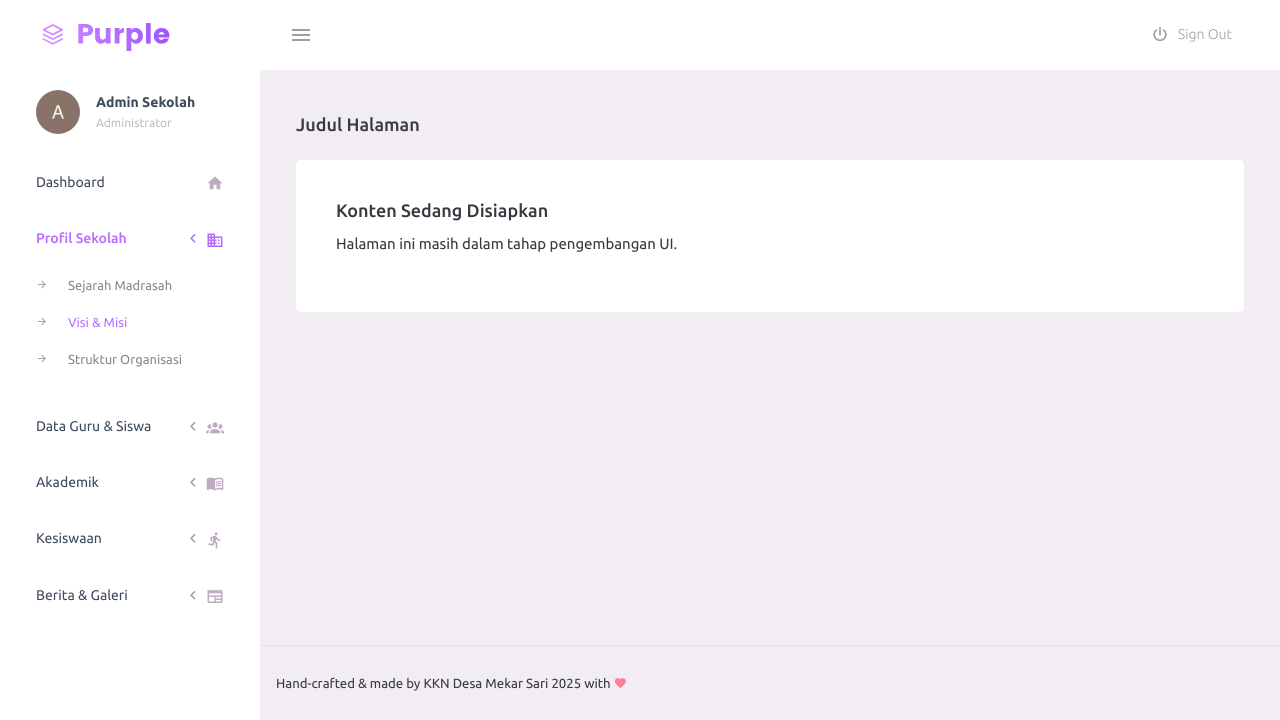
Repository: MKennyChaniago/sekolah-mi-nurul-iman
Page: http://localhost/admin/visi-misi
These files come from the project's save history. The page is drawn as it stood at one moment and after the next save; the edit follows.
The browser window is 1280 px wide. The pictures show the whole page.
The page is served by the project's Laravel application, run on PHP 8.4 with Laravel 12. A made-up administrator, Test User (test@example.com), is signed in.

Above is the page before, as saved 2025-12-07 09:25:13.
Console error: TypeError: Cannot read properties of null (reading 'classList')

After the next save:
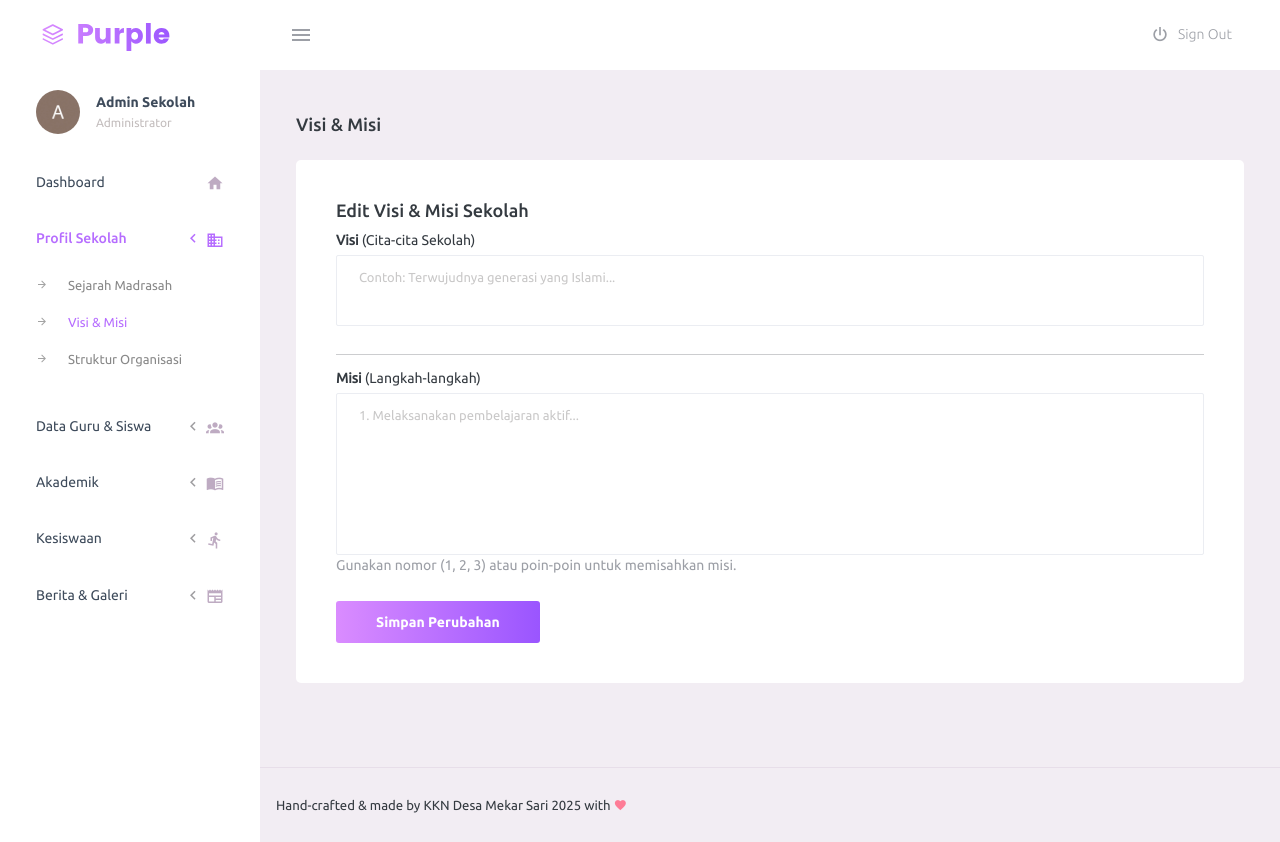
Saved 11 s later.
--- a/resources/views/admin/profil/visimisi.blade.php
+++ b/resources/views/admin/profil/visimisi.blade.php
@@ -1,15 +1,35 @@
 @extends('layouts.admin')
+
+@section('title', 'Visi & Misi')
 
 @section('content')
 <div class="page-header">
-    <h3 class="page-title"> Judul Halaman </h3>
+    <h3 class="page-title"> Visi & Misi </h3>
 </div>
+
 <div class="row">
     <div class="col-12 grid-margin stretch-card">
         <div class="card">
             <div class="card-body">
-                <h4 class="card-title">Konten Sedang Disiapkan</h4>
-                <p>Halaman ini masih dalam tahap pengembangan UI.</p>
+                <h4 class="card-title">Edit Visi & Misi Sekolah</h4>
+
+                <form class="forms-sample">
+
+                    <div class="form-group">
+                        <label for="visi"><strong>Visi</strong> (Cita-cita Sekolah)</label>
+                        <textarea class="form-control" id="visi" rows="3" placeholder="Contoh: Terwujudnya generasi yang Islami..."></textarea>
+                    </div>
+
+                    <hr>
+
+                    <div class="form-group">
+                        <label for="misi"><strong>Misi</strong> (Langkah-langkah)</label>
+                        <textarea class="form-control" id="misi" rows="10" placeholder="1. Melaksanakan pembelajaran aktif..."></textarea>
+                        <small class="text-muted">Gunakan nomor (1, 2, 3) atau poin-poin untuk memisahkan misi.</small>
+                    </div>
+
+                    <button type="submit" class="btn btn-gradient-primary me-2">Simpan Perubahan</button>
+                </form>
             </div>
         </div>
     </div>
